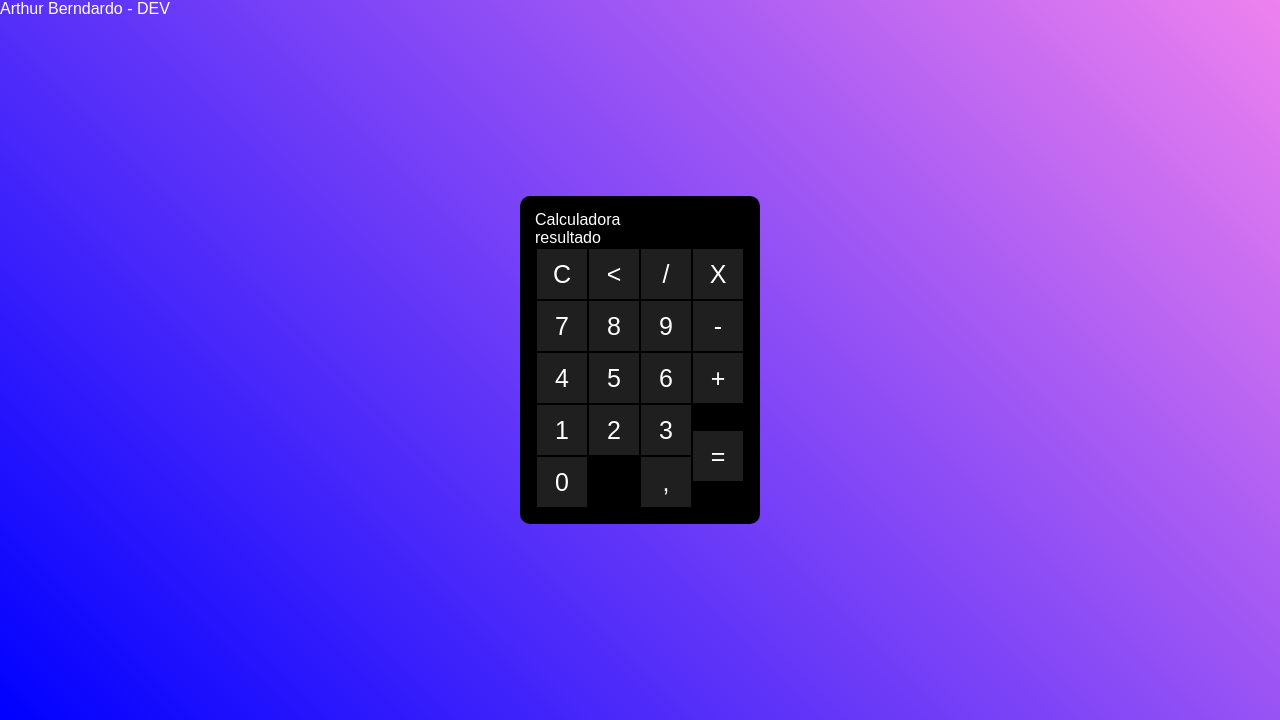
Repository: oThurDev/calculadora
Page: calculadora.html
An editor plug-in stored every save of this project. The page is shown before and after the next save, followed by the edit.
The browser window is 1280 px wide. The pictures show the whole page.

Above is the page before, as saved 2022-02-25 15:39:54.

After the next save:
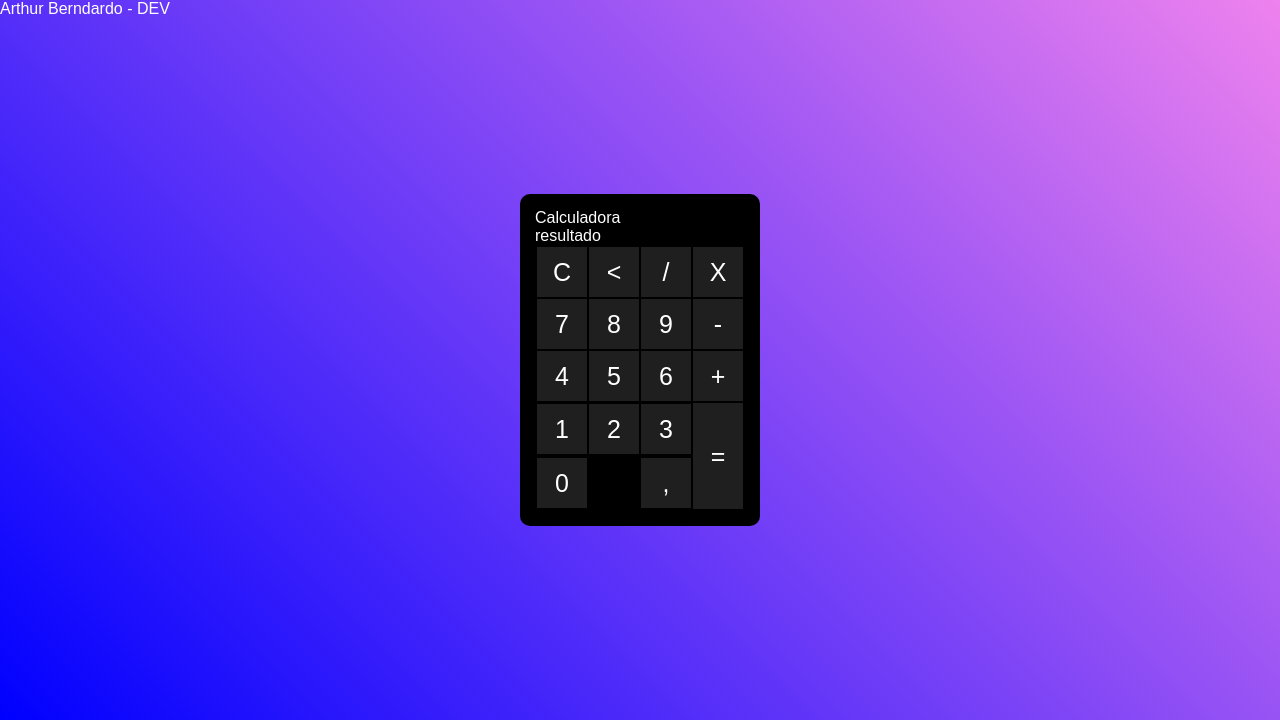
Saved 65 s later.
--- a/calculadora.html
+++ b/calculadora.html
@@ -35,7 +35,7 @@
                     <td><button class="botao">1</button></td>
                     <td><button class="botao">2</button></td>
                     <td><button class="botao">3</button></td>
-                    <td rowspan="2"><button class="botao">=</button></td>
+                    <td rowspan="2"><button class="botao" style="height: 106px;">=</button></td>
                 </tr>
                 <tr>
                     <td colspan="2"><button class="botao">0</button></td>
